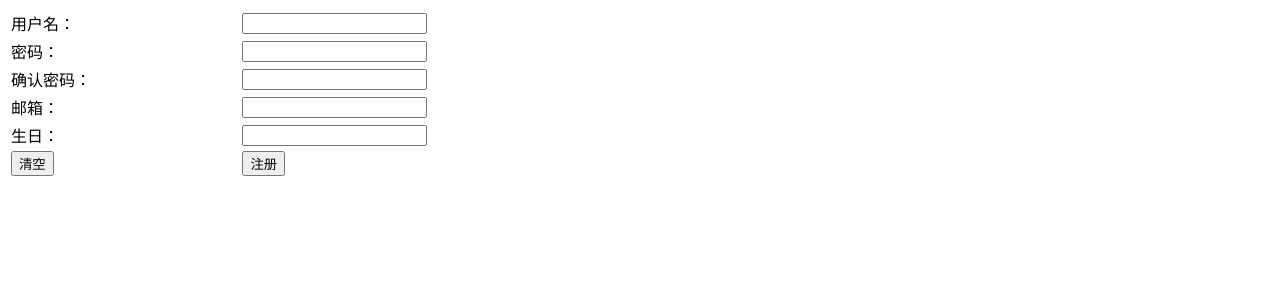
Repository: wsws1996/myproject
Page: http://localhost/day09_user/servlet/RegisterUIServlet
These files come from the project's save history. The page is drawn as it stood at one moment and after the next save; the edit follows.
The browser window is 1280 px wide. The pictures show the whole page.
The page is served by Tomcat 9. Other server files are loaded and not shown.

Above is the page before, as saved 2015-11-18 14:58:25.

### java/workspace/day09_user/WebRoot/WEB-INF/jsp/register.jsp
<%@ page language="java" import="java.util.*" pageEncoding="UTF-8"%>

<!DOCTYPE HTML PUBLIC "-//W3C//DTD HTML 4.01 Transitional//EN">
<html>
<head>

<title>用户注册</title>

</head>

<body style="align: center;">
	<form
		action="${pageContext.request.contextPath }/servlet/RegisterUIServlet"
		method="post">
		<table width="60%">
			<tr>
				<td>用户名：</td>
				<td><input type="text" name="username"></td>
			</tr>
			<tr>
				<td>密码：</td>
				<td><input type="password" name="password"></td>
			</tr>
			<tr>
				<td>确认密码：</td>
				<td><input type="password" name="password2"></td>
			</tr>
			<tr>
				<td>邮箱：</td>
				<td><input type="text" name="email"></td>
			</tr>
			<tr>
				<td>生日：</td>
				<td><input type="text" name="birthday"></td>
			</tr>
			<tr>
				<td><input type="reset" value="清空"></td>
				<td><input type="submit" value="注册"></td>
			</tr>
		</table>
	</form>
</body>
</html>

### java/workspace/day09_user/src/cn/wang/web/UI/RegisterUIServlet.java
package cn.wang.web.UI;

import java.io.IOException;

import javax.servlet.ServletException;
import javax.servlet.http.HttpServlet;
import javax.servlet.http.HttpServletRequest;
import javax.servlet.http.HttpServletResponse;

public class RegisterUIServlet extends HttpServlet {

	public void doGet(HttpServletRequest request, HttpServletResponse response)
			throws ServletException, IOException {
		request.getRequestDispatcher("/WEB-INF/jsp/register.jsp").forward(request, response);
	}

	public void doPost(HttpServletRequest request, HttpServletResponse response)
			throws ServletException, IOException {

		doGet(request, response);
	}


}

After the next save:
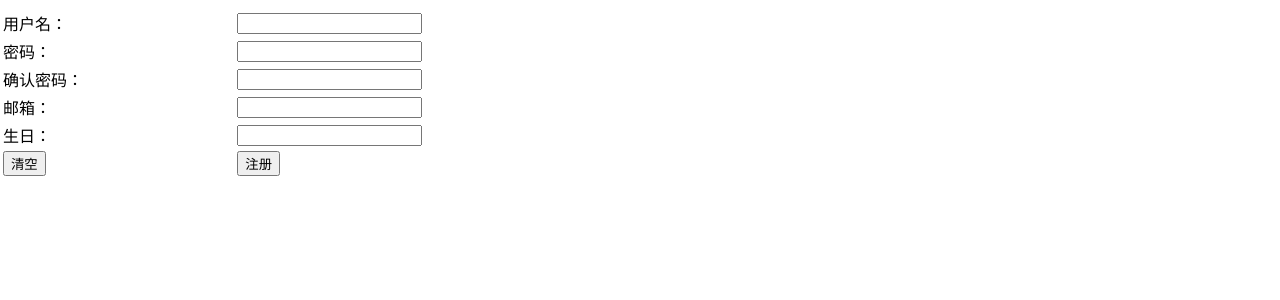
Saved 78 s later.
--- a/java/workspace/day09_user/WebRoot/WEB-INF/jsp/register.jsp
+++ b/java/workspace/day09_user/WebRoot/WEB-INF/jsp/register.jsp
@@ -8,7 +8,7 @@
 
 </head>
 
-<body style="align: center;">
+<body style="margin-left: auto; margin-right: auto;">
 	<form
 		action="${pageContext.request.contextPath }/servlet/RegisterUIServlet"
 		method="post">
